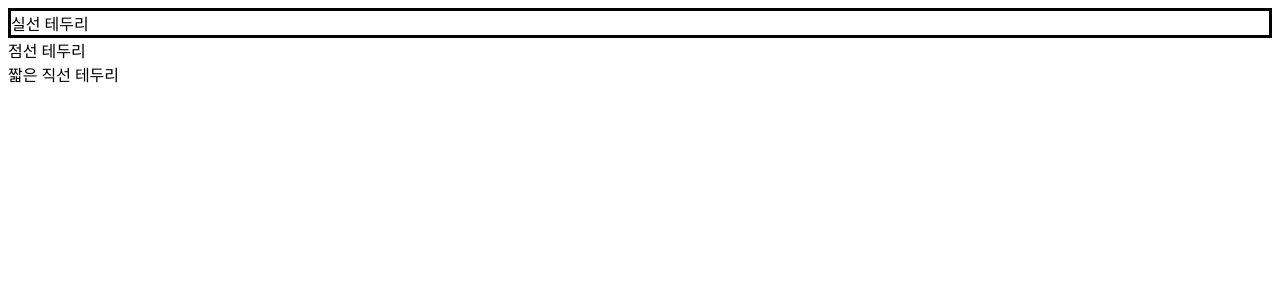
Repository: topyoungil/CodeMemories-ByJake
Page: HTML_CSS/WebContent/test/border-1.html
An editor plug-in stored every save of this project. The page is shown before and after the next save, followed by the edit.
The browser window is 1280 px wide. The pictures show the whole page.

Above is the page before, as saved 2022-09-27 13:39:01.

### HTML_CSS/WebContent/test/border-1.html
<!DOCTYPE html>
<html>
<head>
<meta charset="UTF-8">
<title>Insert title here</title>
<style>
	#box1 {
		border-style: solid;
	}

	#box2 {

	}


</style>
</head>
<body>
	<div id="box1">실선 테두리</div>
	<div id="box2">점선 테두리</div>
	<div id="box3">짧은 직선 테두리</div>
</body>
</html>

After the next save:
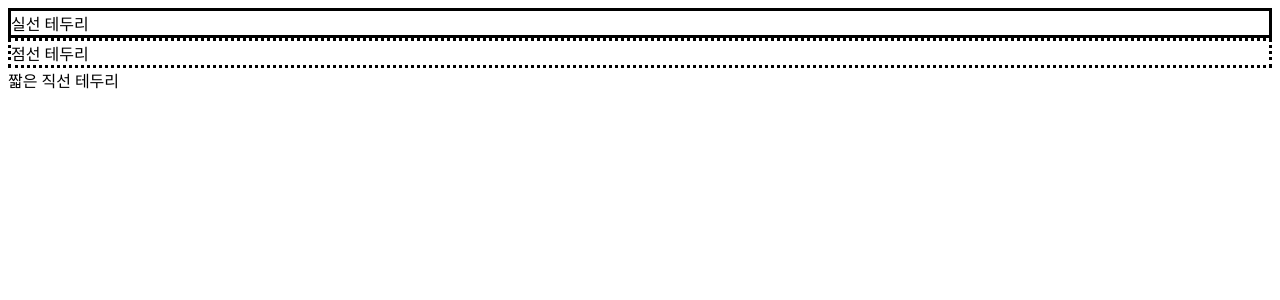
Saved 23 s later.
--- a/HTML_CSS/WebContent/test/border-1.html
+++ b/HTML_CSS/WebContent/test/border-1.html
@@ -9,9 +9,12 @@
 	}
 
 	#box2 {
+		border-style: dotted;
+	}
+
+	#box3 {
 
 	}
-
 
 </style>
 </head>
